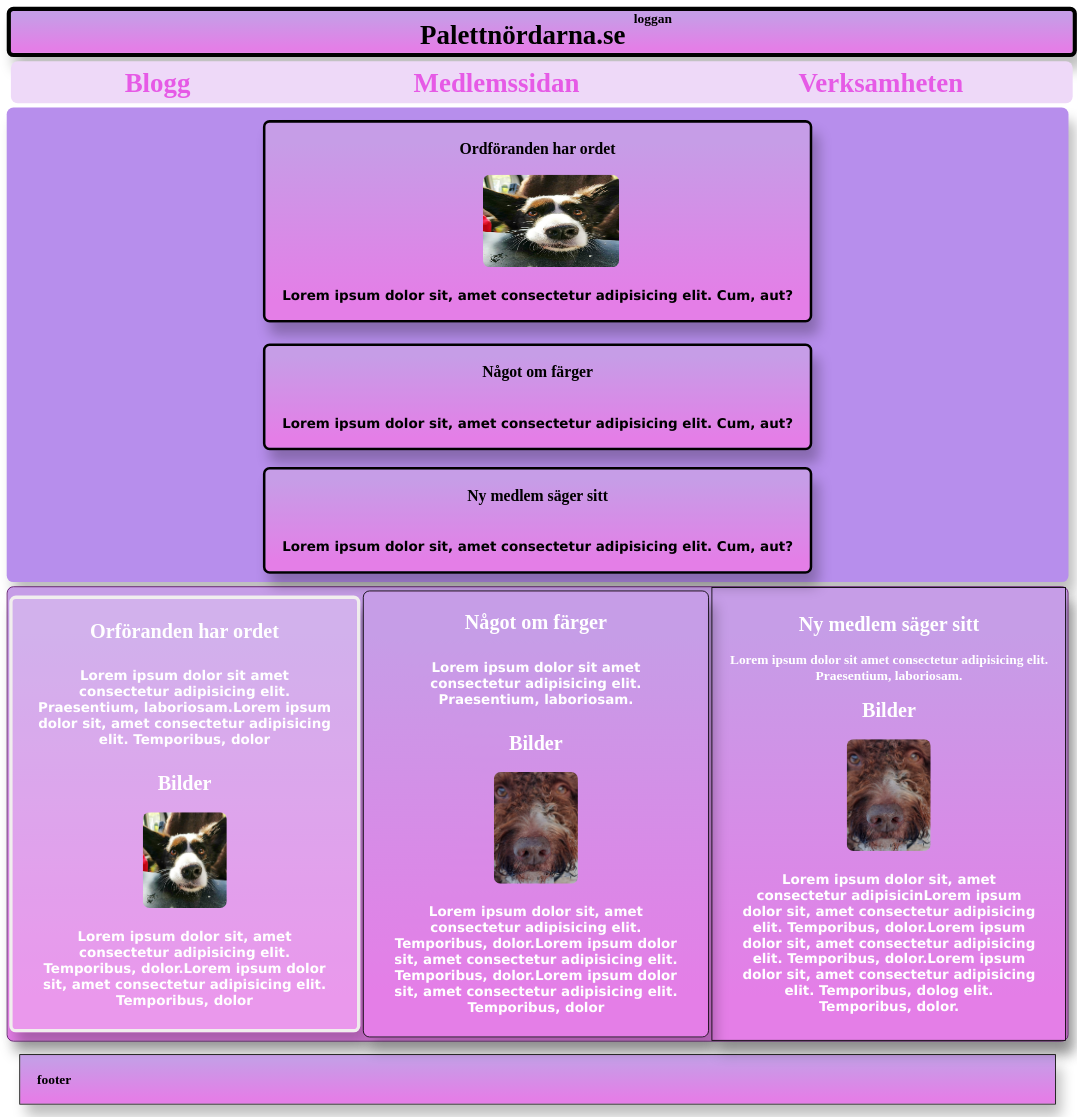
Repository: Webutveckling-20-21/lektion-3-CSS
Page: index.html
An editor plug-in stored every save of this project. The page is shown before and after the next save, followed by the edit.
The browser window is 1280 px wide. The page is 1282 px wide, so the pictures cover 1282 px, including what lies to the right of the window. The pictures show the whole page, at 84% of full size.
Some web fonts or font styles are not loaded; a fallback is used.

Above is the page before, as saved 2021-10-02 16:23:34.

### index.html
<!DOCTYPE html>
<html lang="en">

<head>
    <meta charset="UTF-8">
    <meta http-equiv="X-UA-Compatible" content="IE=edge">
    <meta name="viewport" content="width=device-width, initial-scale=1.0">
    <link rel="stylesheet" href="style.css">
    <title>lektion 3</title>
</head>

<body>
    <div class="header">
       <h1>Palettnördarna.se</h1>
       <div class="logo">
           loggan
       </div>

    </div>

    <ul class="navbar">

            <li class="nav-list"> <a href="index.html">Blogg</a></li>
            <li><a href="#">Medlemssidan</a></li>
            <li><a href="#">Verksamheten</a></li>

        </ul>

    <div class="main-center">

        <div class="article1">
            <h3>Ordföranden har ordet</h3>
            <img src="images/ord.jpg" class="thumbnail" height="110" width="110" alt="Bild på ordföranden">
            <p>Lorem ipsum dolor sit, amet consectetur adipisicing elit. Cum, aut?</p>
        </div>
        <div class="article2">
            <h3>Något om färger</h3>
            <p>Lorem ipsum dolor sit, amet consectetur adipisicing elit. Cum, aut?</p>
        </div>
        <div class="article3">
            <h3>Ny medlem säger sitt</h3>
            <p>Lorem ipsum dolor sit, amet consectetur adipisicing elit. Cum, aut?</p>
        </div>
    </div>
    <div class="box">
        <div class="blue">
            <h2>Orföranden har ordet</h2>
            <p>Lorem ipsum dolor sit amet consectetur adipisicing elit. Praesentium, laboriosam.Lorem ipsum dolor sit, amet consectetur adipisicing elit. Temporibus, dolor </p>
            <div class="images">
                <h2>Bilder</h2>
                <img src="images/ord.jpg" alt="bild">
                <p>Lorem ipsum dolor sit, amet consectetur adipisicing elit. Temporibus, dolor.Lorem ipsum dolor sit, amet consectetur adipisicing elit. Temporibus, dolor</p>
            </div>
        </div>
        <div class="green">
            <h2>Något om färger</h2>
            <p>Lorem ipsum dolor sit amet consectetur adipisicing elit. Praesentium, laboriosam. </p>
            <div class="images">
                <h2>Bilder</h2>
                <img src="images/olle.jpg" alt="bild">
                <p>Lorem ipsum dolor sit, amet consectetur adipisicing elit. Temporibus, dolor.Lorem ipsum dolor sit, amet consectetur adipisicing elit. Temporibus, dolor.Lorem ipsum dolor sit, amet consectetur adipisicing elit. Temporibus, dolor</p>
            </div>
        </div>
        <div class="red">
            <h2>Ny medlem säger sitt</h2>
            <div>Lorem ipsum dolor sit amet consectetur adipisicing elit. Praesentium, laboriosam.
                <div class="images">
                    <h2>Bilder</h2>
                    <img src="images/olle.jpg" alt="bild">
                    <p>Lorem ipsum dolor sit, amet consectetur adipisicinLorem ipsum dolor sit, amet consectetur adipisicing elit. Temporibus, dolor.Lorem ipsum dolor sit, amet consectetur adipisicing elit. Temporibus, dolor.Lorem ipsum dolor sit, amet consectetur adipisicing elit. Temporibus, dolog elit. Temporibus, dolor.</p>
                </div>
            </div>
        </div>
    </div>
</body>
<div class="footer-place"> footer</div>





</html>

### style.css
@import url('https://fonts.googleapis.com/css2?family=Grechen+Fuemen&display=swap');

body {
    font-family: 'Grechen Fuemen', cursive;
    font-weight: bolder;
}
.header{
    display:flex;
    width: 100%;
    height:50px;
    border:5px solid black;
    background: linear-gradient(to bottom, #c69de7 10%, #e47ee7 90%);
    box-shadow: 7.6px 15.2px 15.2px hsl(0deg 0% 0% / 0.26);
    border-radius:8px;
    justify-content: center;
}
.header h1 {
    margin:10px;
}

.navbar {
    width: 100%;
    height: 50px;
    display: flex;
    align-items: center;
    justify-content: space-around;
    background-color: #eed9f8;
    margin: 5px;
    border-radius:8px;
}

ul {

    list-style-type: none;
    display: flex;
    margin: 0;
    padding: 0;
    overflow: hidden;
}

.nav-list {
    margin: 5px;
}

a {
    text-decoration: none;
    font-size: 2rem;
    color:rgb(230, 90, 230);

}

a:hover {
    color:rgb(53, 5, 53);
}
.thumbnail:hover {
    position:relative;
    top:-20px;
    left:-30px;
    width:500px;
    height:auto;
    display:block;
    z-index:999;
}
/* <img src="[your hosted image URL]" class="thumbnail" height="100" width="100" />  */



.box {
    background: linear-gradient(to bottom, #c69de7 10%, #e47ee7 90%);
    /* height:200px; */
    display: flex;
    max-width: 100%;
    align-items: center;
    justify-content: center;
    border: 1px solid rgb(86, 5, 102);
    border-radius: 8px;
    flex-wrap: wrap;
    justify-content: center;
    /* opacity: 0.5; */
    box-shadow: 7.6px 15.2px 15.2px hsl(0deg 0% 0% / 0.26);
}

.blue {

   /* background: linear-gradient(to bottom, #c69de7 10%, #e47ee7 90%);*/
    max-width: 400px;
    background-color:rgba(255,255,255,0.2) ;
    margin: auto;
    border: 4px solid rgb(241, 238, 238);
    color: white;
    text-align: center;
    border-radius: 8px;
    justify-content: center;
    padding: 5px;
    box-shadow: 7.6px 15.2px 15.2px hsl(0deg 0% 0% / 0.26);


}

.green {

    background: linear-gradient(to bottom, #c69de7 10%, #e47ee7 90%);
    max-width: 400px;
    margin: auto;
    border: 1px solid black;
    color: white;
    text-align: center;
    border-radius: 8px;
    justify-content: center;
    padding: 5px;
    box-shadow: 7.6px 15.2px 15.2px hsl(0deg 0% 0% / 0.26);


}

.red {

    /*background: linear-gradient(to bottom, #c69de7 10%, #e47ee7 90%);*/
    max-width: 400px;
    margin: auto;
    color: white;
    text-align: center;
    border: 1px solid black;
    background:rgba(255,255,255,0.1)

    border-radius: 8px;
    justify-content: center;
    padding: 10px;
    box-shadow: 7.6px 15.2px 15.2px hsl(0deg 0% 0% / 0.26);

}

img {
    width: 25%;
    border-radius: 8px;
    max-width: 300px;
    margin: auto;
}

h2 {
    justify-content: center;
}

.main-center h3 {
    justify-content: center;
}

.main-center {
    display: flex;
    flex-direction: row;
    flex-wrap: wrap;
    /* border: 1px solid black; */
    border-radius: 8px;
    align-items: center;
    justify-content: center;
    background-color: rgb(183, 142, 236);
    box-shadow: 7.6px 15.2px 15.2px hsl(0deg 0% 0% / 0.26);
    margin-bottom: 5px;
}

.article1{
    margin:15px;
    border: 3px solid black;
    border-radius: 8px;
    justify-content: center;
    align-items: center;
    background: linear-gradient(to bottom, #c69de7 10%, #e47ee7 90%);
    box-shadow: 7.6px 15.2px 15.2px hsl(0deg 0% 0% / 0.26);

}
.article1 img {
    border-radius: 8px;
    margin-left: 40% ;
    margin-right: -50% ;

}

.article2 {
    margin: 10px;
    border: 3px solid black;
    justify-content: center;
    align-items: center;
    border-radius:8px;

    box-shadow: 7.6px 15.2px 15.2px hsl(0deg 0% 0% / 0.26);
    background: linear-gradient(to bottom, #c69de7 10%, #e47ee7 90%);

}

.article3 {
    margin: 10px;
    border: 3px solid black;
    justify-content: center;
    align-items: center;
    border-radius: 8px;
    background: linear-gradient(to bottom, #c69de7 10%, #e47ee7 90%);
    box-shadow: 7.6px 15.2px 15.2px hsl(0deg 0% 0% / 0.26);
}

h3 {
    margin: auto;
}

p {
    text-align: center;
    margin: 10px;
    padding: 10px;
    font-family: 'Lucida Sans', 'Lucida Sans Regular', 'Lucida Grande', 'Lucida Sans Unicode', Geneva, Verdana, sans-serif;

}

h3 {
    padding: 20px;
    text-align: center;
}

.footer-place {
    padding: 20px;
    margin: 15px;
    border: 1px solid black;
    background: linear-gradient(to bottom, #c69de7 10%, #e47ee7 90%);
    box-shadow: 7.6px 15.2px 15.2px hsl(0deg 0% 0% / 0.26);
}

After the next save:
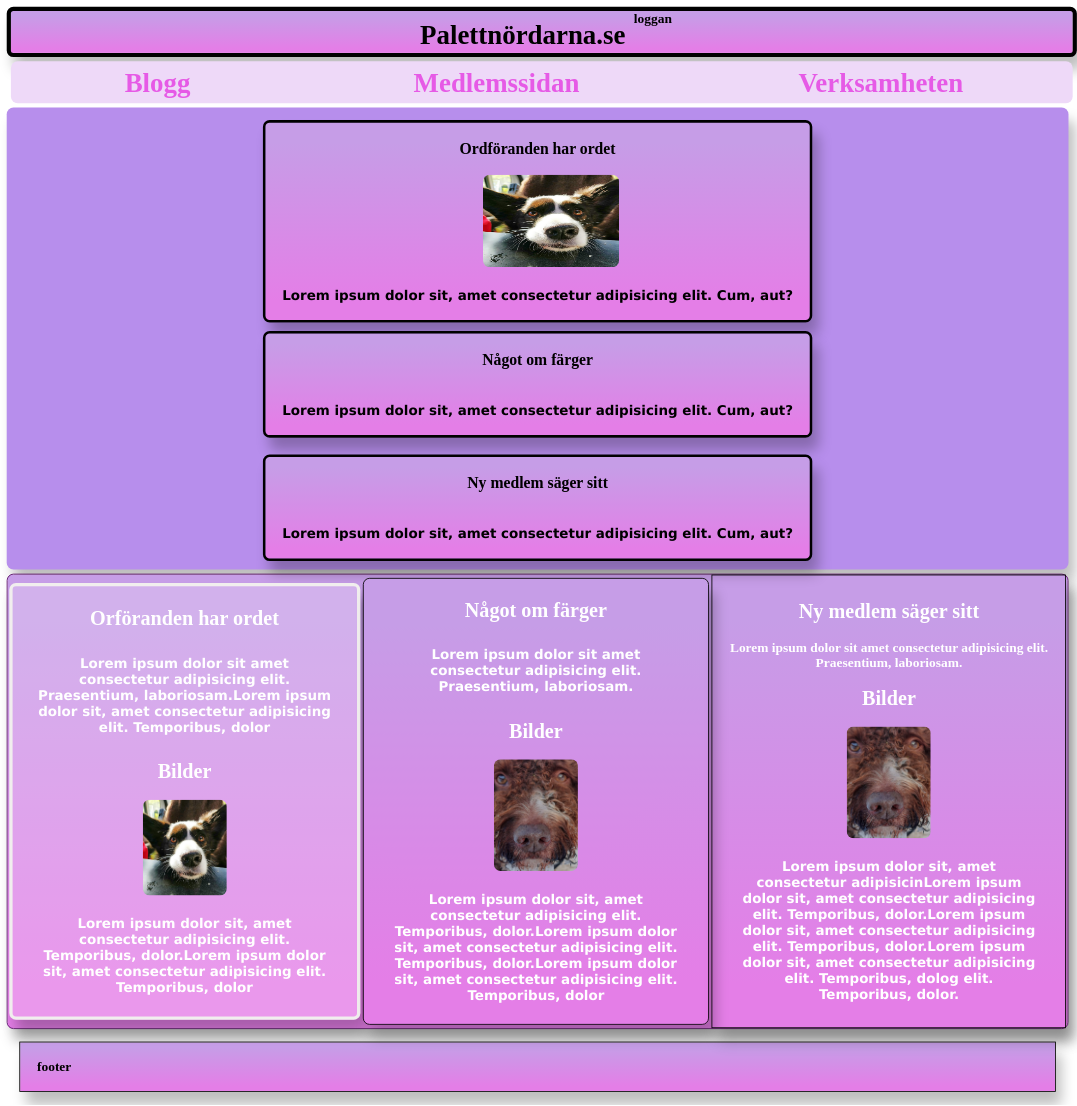
Saved 35 s later.
--- a/style.css
+++ b/style.css
@@ -159,7 +159,7 @@ h2 {
 }
 
 .article1{
-    margin:15px;
+    margin-top:15px;
     border: 3px solid black;
     border-radius: 8px;
     justify-content: center;
